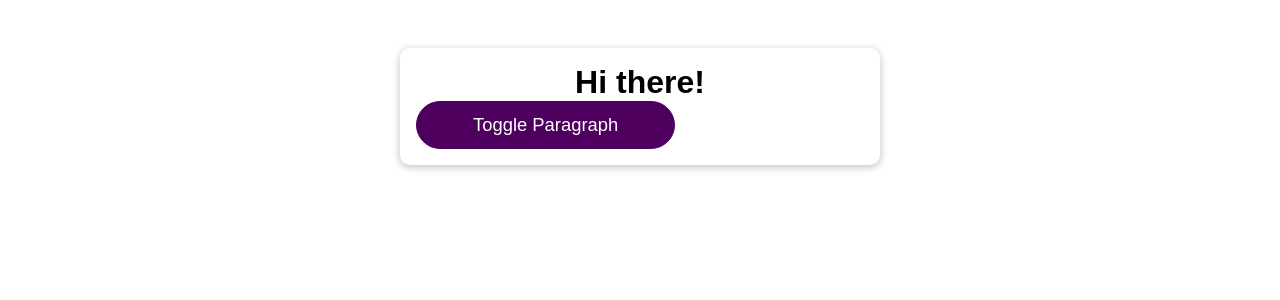
Repository: prathmeshgodbole/React-Optimization
Page: /
These files come from the project's save history. The page is drawn as it stood at one moment and after the next save; the edit follows.
The browser window is 1280 px wide. The pictures show the whole page.
The project was rebuilt for these pictures with package versions that can differ from the ones it lists, and the page was loaded fresh each time.

Above is the page before, as saved 2021-07-14 12:47:21.

After the next save:
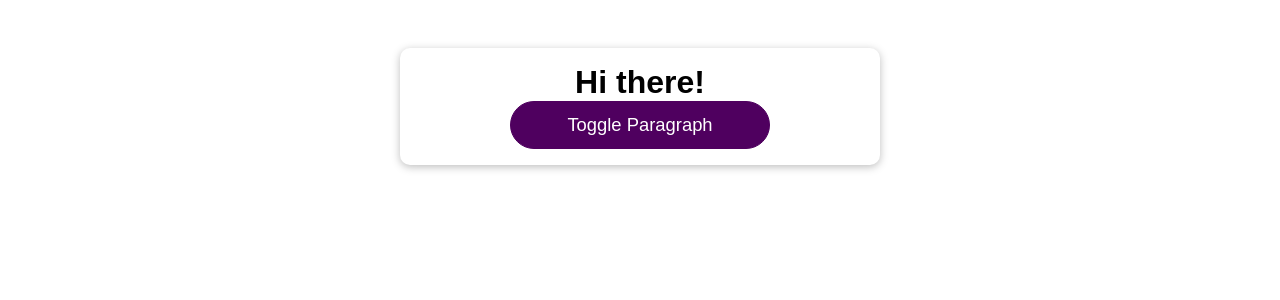
Saved 4 s later.
--- a/src/App.css
+++ b/src/App.css
@@ -5,7 +5,7 @@
     background: white;
     box-shadow: 0 2px 8px rgba(0, 0, 0, 0.26);
     border-radius: 10px;
-    text-align: ;
+    text-align: center;
 }
 
 .app h1 {
